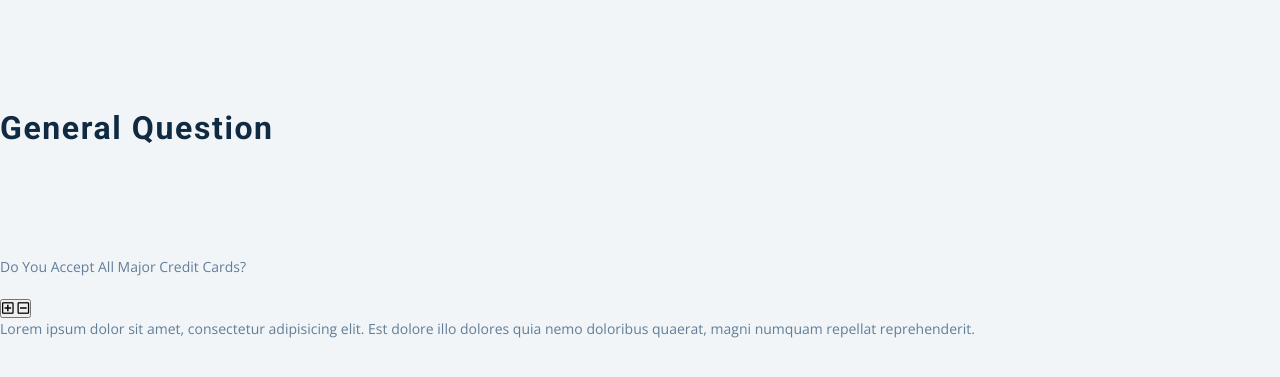
Repository: OmniaRafat232111121/projects-js
Page: questions/index.html
The author's editor kept a copy of each file at every save. The page is drawn from the files as they stood at one save, then again after the next save.
The browser window is 1280 px wide. The pictures show the whole page.
Some web libraries are served in a nearby version.

Above is the page before, as saved 2023-01-02 22:08:52.

After the next save:
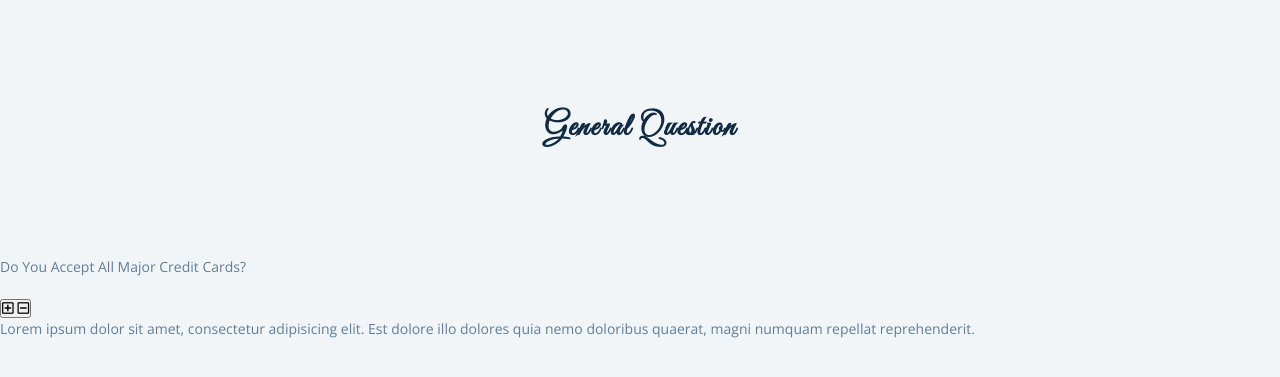
Saved 11 s later.
--- a/questions/style.css
+++ b/questions/style.css
@@ -129,5 +129,7 @@ color:#fff;
   margin-bottom: 40px;
 }
 .question .title h2{
-
+   color: var(--clr-gold);
+  font-family: "Great Vibes", cursive;
+  text-align: center;
 }
